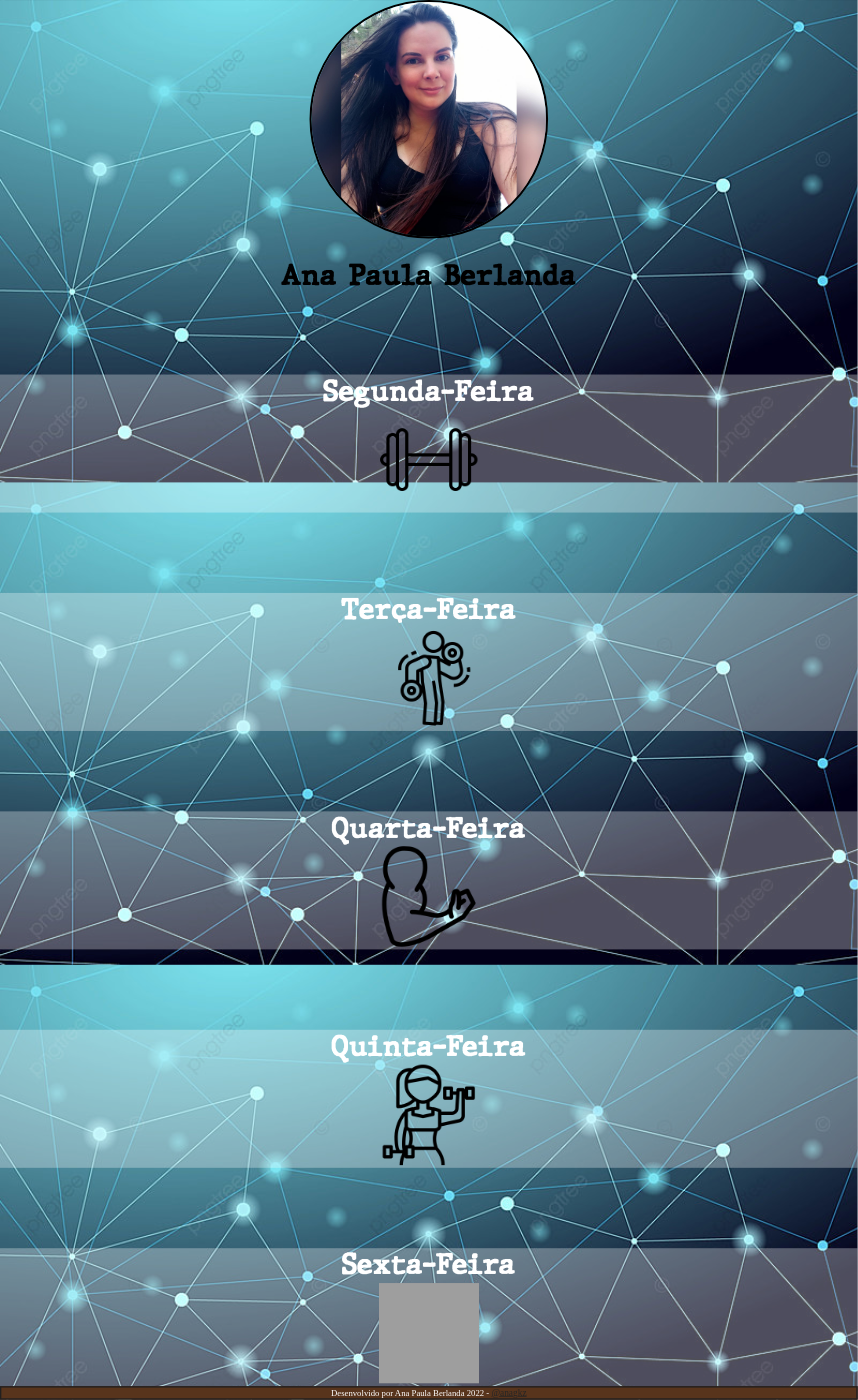
Repository: AnaBerlanda/AppAcademia
Page: index2.html
These files come from the project's save history. The page is drawn as it stood at one moment and after the next save; the edit follows.
The browser window is 1280 px wide. The pictures show the whole page, at 67% of full size.
Pictures or frames that could not be fetched are drawn as grey boxes. Backgrounds fixed to the window are drawn as part of the page.

Above is the page before, as saved 2022-02-07 17:36:14.

### index2.html
<!DOCTYPE html>
<html lang="pt-br">

<head>
    <meta charset="utf-8" />
    <title>App Academia</title>
    <style>
        body{
            text-align: center;
            height: 100%;
            margin: 0;
            background-image: url("img/fundo2.jpg");
            background-repeat: no-repeat;
            background-size: cover;
            background-attachment: fixed;

        }
        #redonda{
            width: 350px;
            height: 350px;
            border-radius: 50%;
            border: 3px solid black;
        }
        @font-face{
            font-family: 'JMH';
            src: url('font/JMH.ttf') format('opentype');
        }
        .link-semana .diadasemana{
            font-family: 'JMH';
            font-size: 40px;
            border-radius: 20%;

        }

        .link-semana {
            margin-top: 120px;
            display: block;
            text-decoration: none;
            color: rgb(255, 255, 255);
            background-color: rgba(255,255,255,0.3);

        }
        .link-semana img {
            width: 150px;
            height: 150px;

        }

        .link-da-ana {
            background-color: rgba(143, 61, 190, .6);
            border-radius: 50%;
            width: 140px;
            height: 140px;
            padding: 30px;
        }
        .link-da-ana:hover {
            background-color: rgba(143, 61, 190, 1);
        }
        h1 {
            font-size: 40px;
            font-family: 'JMH';
            color: black;
        }
        .rodape {
            background-color: #58341c;
            color:white;
            border: 2px solid#22201f;
            font-size: 13px;
        }
        .rodape a{
            font-family: 'Aft';
            color: #252525;
            font-size: 14px;
        }
    </style>
</head>
<body>
    <img id="redonda" src="img/ana.jpg" alt="Foto da Ana">
    <h1> Ana Paula Berlanda </h1>
    <div class="pagina">
        <div class="posts">
            <div class="post">
                <div class="links-semana">
                    <a class="link-semana" href="#">
                        <div class="diadasemana">Segunda-Feira</div>
                        <div class="imagem">
                            <img src="img/Icone-pessoa-malhando-Png.png">
                        </div>
                    </a>

                    <a class="link-semana" href="#">
                        <div class="diadasemana">Terça-Feira</div>
                        <div class="imagem">
                            <img src="img/vv.png">
                        </div>
                    </a>

                    <a class="link-semana" href="#">
                        <div class="diadasemana">Quarta-Feira</div>
                        <div class="imagem">
                            <img src="img/aa.png">
                        </div>
                    </a>

                    <a class="link-semana" href="#">
                        <div class="diadasemana">Quinta-Feira</div>
                        <div class="imagem">
                            <img src="img/fff.png">
                        </div>
                    </a>

                    <a class="link-semana" href="#">
                        <div class="diadasemana">Sexta-Feira</div>
                        <div class="imagem">
                            <img src="img/oooo.png">
                        </div>
                    </a>
                </div>



            </div>

    </div>

    </div>
    <footer class="rodape"> Desenvolvido por Ana Paula Berlanda 2022 - <a href="https://www.instagram.com/anagkz/" target="_blank">@anagkz</a>
    </footer>











</body>
</html>

After the next save:
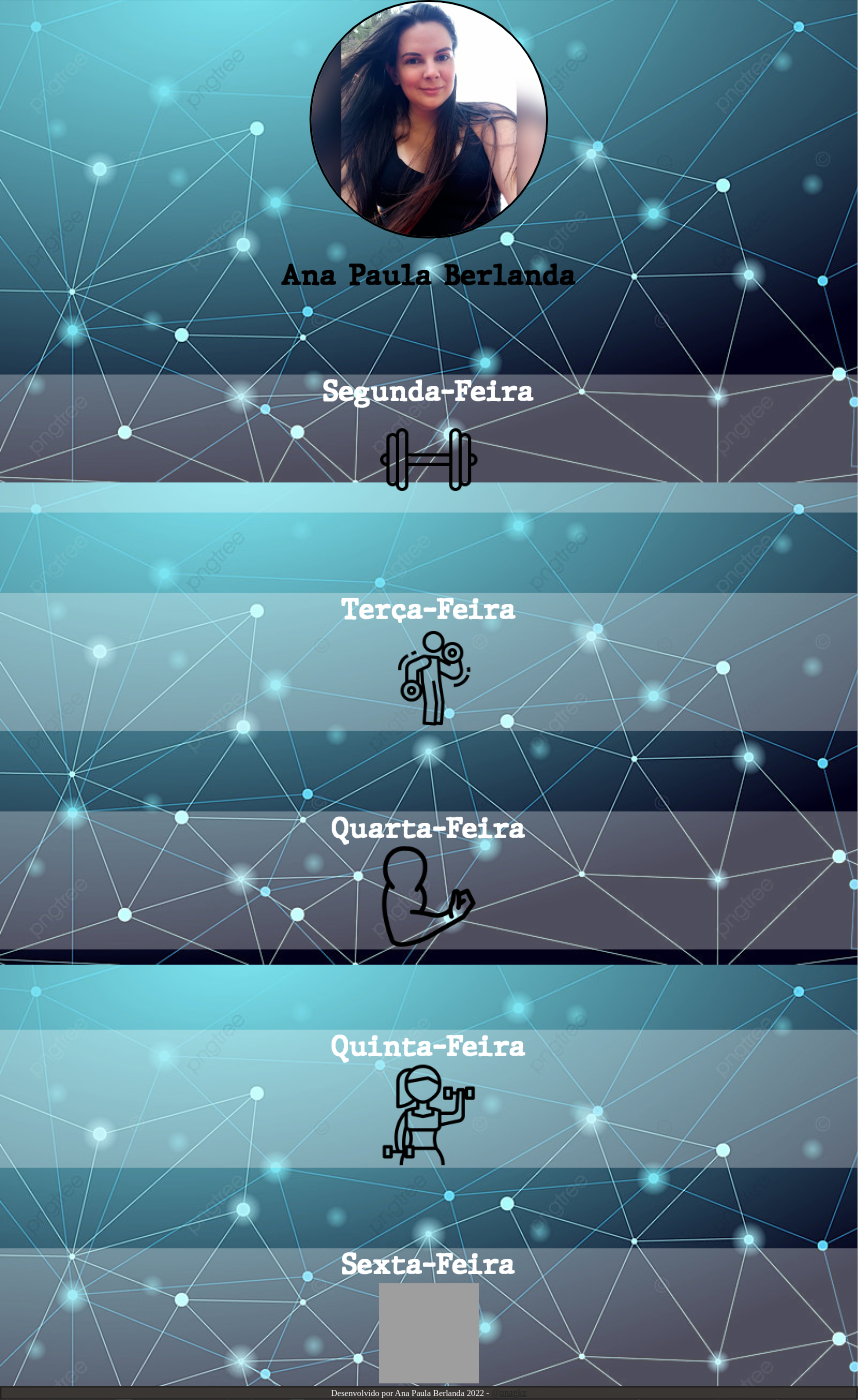
Saved 13 s later.
--- a/index2.html
+++ b/index2.html
@@ -62,7 +62,7 @@
             color: black;
         }
         .rodape {
-            background-color: #58341c;
+            background-color: #3a3633;
             color:white;
             border: 2px solid#22201f;
             font-size: 13px;
